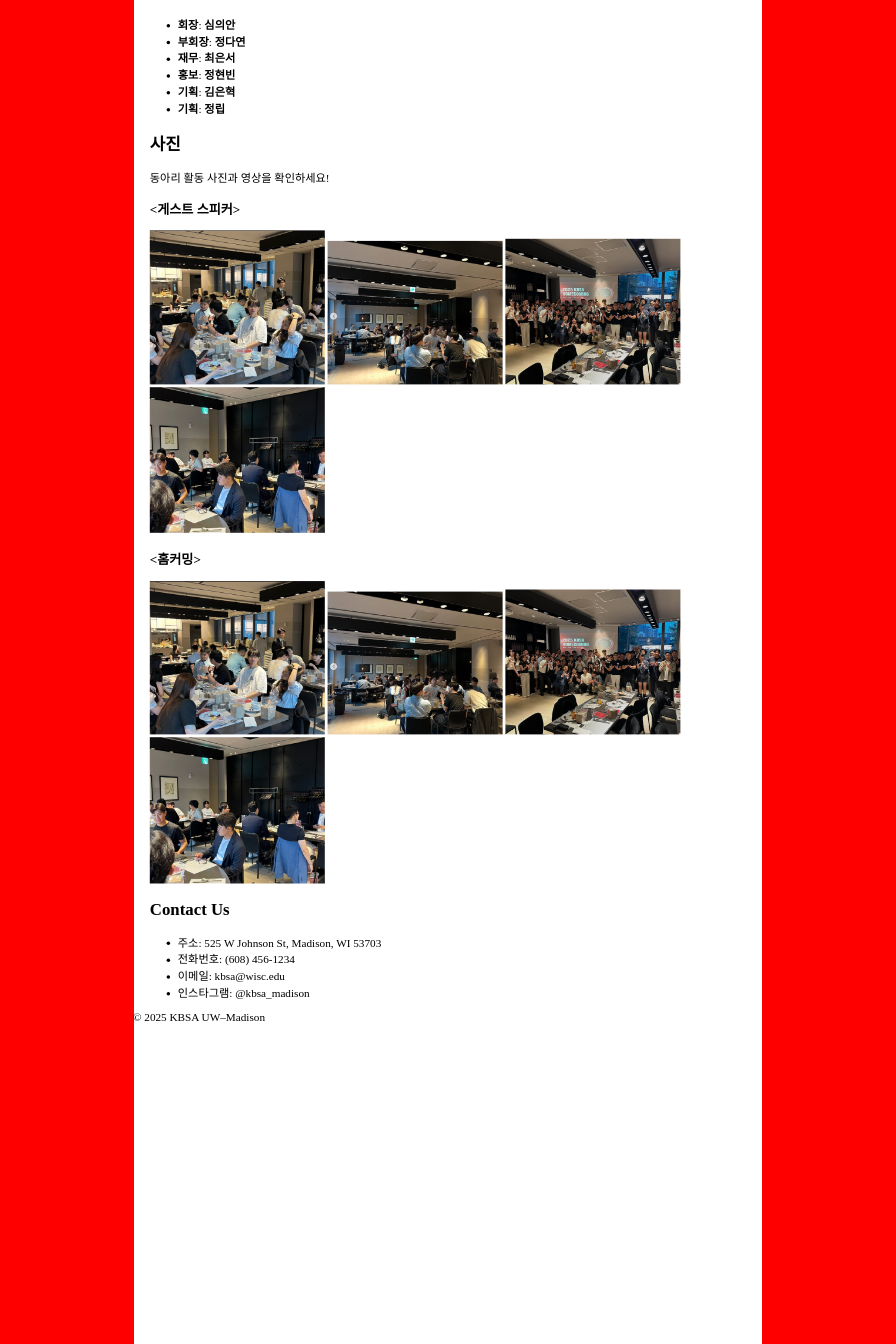
Repository: 23HarveyJi/25-Fall_chillguys
Page: website.html
An editor plug-in stored every save of this project. The page is shown before and after a run of saves, followed by the edit.
The browser window is 1280 px wide. The pictures show the part of the page from y = 613 to 2533 px (the page is 18019 px tall), at 70% of full size.

Above is the page before, as saved 2025-10-16 23:46:17.

### website.html
<!DOCTYPE html>
<html lang="ko">
<head>
  <meta charset="UTF-8" />
  <title>UW–Madison 한인 동아리</title>
  <link rel="stylesheet" href="website.css" />
</head>

<body>
  <!-- 1. 소개 섹션 -->
  <div class="container">
    <h1>Korean Business Student Association</h1>

   <p><b>지원 링크:</b></p>
<a href="https://linktr.ee/kbsamadison?fbclid=PAZXh0bgNhZW0CMTEAAaez0IGr_gX9bEeE5vzRfHqp_7vc0nbncP" target="_blank">
  KBSA 지원하러 가기
</a>

   <h2>동아리 소개</h2>
    <p><i>저희 동아리는 UW–Madison에서 활동하는 한인 학생들의 모임입니다. 경영동아리로서, 다양한 비즈니스 관련 활동과 네트워킹 기회를 제공합니다.
        매주 정기 모임을 통해 최신 비즈니스 트렌드와 사례를 공유하고, 워크숍과 세미나를 개최하여 회원들의 역량 강화를 도모합니다.
        저희 동아리는 모든 전공 학생들에게 열려 있으며, 함께 성장하고 발전할 수 있는 기회를 제공합니다.
        관심 있는 분들은 언제든지 연락 주시기 바랍니다.</i>
</p>

<div class="container">
  <div class="content">
    <div class="text">
      <h2>동아리 목표</h2>
      <ul>
        <li>비즈니스 지식과 실무 능력 향상</li>
        <li>게스트 스피커 및 네트워킹 기회 제공</li>
        <li>프로젝트 발표</li>
        <li>피크닉</li>
        <li>홈커밍 이벤트</li>
        <li>소셜 미팅</li>
      </ul>
    </div>

   <div class="image">
  <!-- 로고에만 링크 -->
  <a href="https://www.instagram.com/kbsa_madison/?hl=en" target="_blank">
    <img src="kbsa.jpg" width="300" alt="KBSA" title="kbsa_madison">
  </a>
</div>



</div>
  </div>

  <!-- 2. 임원진 섹션 (body 안에 또 body 넣지 않기!) -->
  <div class="container">
    <h2>임원진 소개</h2>
   <ul class="officers">
  <li><a href="심의안.jpg" target="_blank"><strong>회장</strong>: <strong>심의안</strong></a></li>
  <li><a href="정다연.jpg" target="_blank"><strong>부회장</strong>:<strong> 정다연</strong> </a></li>
  <li><a href="최은서.jpg" target="_blank"><strong>재무</strong>: <strong>최은서</strong></a></li>
  <li><a href="정현빈.jpg" target="_blank"><strong>홍보</strong>: <strong>정현빈</strong></a></li>
  <li><a href="김은혁.jpg" target="_blank"><strong>기획</strong>: <strong>김은혁</strong></a></li>
  <li><a href="정립.jpg" target="_blank"><strong>기획</strong>: <strong> 정립 </strong></a></li>
</ul>
  </div>
</body>
</html>


<section>
  <div class="container">
    <h2>사진</h2>
    <p>동아리 활동 사진과 영상을 확인하세요!</p>
    <h3><게스트 스피커></h3>
   <a href="guestspeaker1.jpg" target="_blank">
      <img src="homecoming1.jpg" width="250" alt="KBSA Photos" title="KBSA Photos">
    </a>
    <a href="homecoming2.jpg" target="_blank">
      <img src="homecoming2.jpg" width="250" alt="KBSA Photos" title="KBSA Photos">
    </a>
    <a href="homecoming3.jpg" target="_blank">
      <img src="homecoming3.jpg" width="250" alt="KBSA Photos" title="KBSA Photos">
    </a>
    <a href="homecoming4.jpg" target="_blank">
      <img src="homecoming4.jpg" width="250" alt="KBSA Photos" title="KBSA Photos">

    <h3><홈커밍></h3>
    <a href="homecoming1.jpg" target="_blank">
      <img src="homecoming1.jpg" width="250" alt="KBSA Photos" title="KBSA Photos">
    </a>
    <a href="homecoming2.jpg" target="_blank">
      <img src="homecoming2.jpg" width="250" alt="KBSA Photos" title="KBSA Photos">
    </a>
    <a href="homecoming3.jpg" target="_blank">
      <img src="homecoming3.jpg" width="250" alt="KBSA Photos" title="KBSA Photos">
    </a>
    <a href="homecoming4.jpg" target="_blank">
      <img src="homecoming4.jpg" width="250" alt="KBSA Photos" title="KBSA Photos">
    </a>
  </div>

</section>

<section>
  <div class="container">
    <h2>Contact Us</h2>
    <ul>
      <li>주소: 525 W Johnson St, Madison, WI 53703</li>
      <li>전화번호: (608) 456-1234</li>
      <li>이메일: kbsa@wisc.edu</li>
      <li>
        인스타그램:
        <a href="https://www.instagram.com/kbsa_madison/?hl=en" target="_blank">@kbsa_madison</a>
      </li>
    </ul>
  </div>
</section>

<footer>
  <p>© 2025 KBSA UW–Madison</p>
</footer>
</body>
</html>

### website.css
/* style.css — HTML 태그 금지! CSS만 */
/* style.css */

html, body {
    height: 500%;
    margin: 0;
}
body {
  background: linear-gradient(to right,
   red 15%,
   white 15% 85%,
   red 85%);
  background-repeat: no-repeat;
margin: 0;
}
.container {
  max-width: 800px;
  margin: 50px auto;
  padding: 0 20px;
}
h1 {
    font-size: 28px;
    font-weight: 700;
    margin-bottom: 15px;
    text-align: center;
}
/* 중앙 본문 폭 */
.container { max-width: 900px; margin: 0 auto; padding: 0 24px; }

/* ⬇️ 핵심 */
.content{
  display: flex;
  align-items: flex-start;
  justify-content: space-between;
  gap: 32px;
}

.text{ flex: 1 1 60%; }                    /* 텍스트 영역 */
.image{ flex: 0 0 260px; display:flex; justify-content:flex-end; }
.image img{ width: 240px; height:auto; display:block; }

/* 좁은 화면에서는 세로로 쌓이게 */
@media (max-width: 768px){
  .content{ flex-direction: column; }
  .image{ justify-content: flex-start; }
}

/* 로고 이미지만 링크 유지 + 클릭 시 효과 주기 (선택사항) */
.image a img {
  transition: transform 0.2s ease;
}

.image a img:hover {
  transform: scale(1.10);
}

a {
  text-decoration: none;
  color: black;
}

After the next 2 saves:
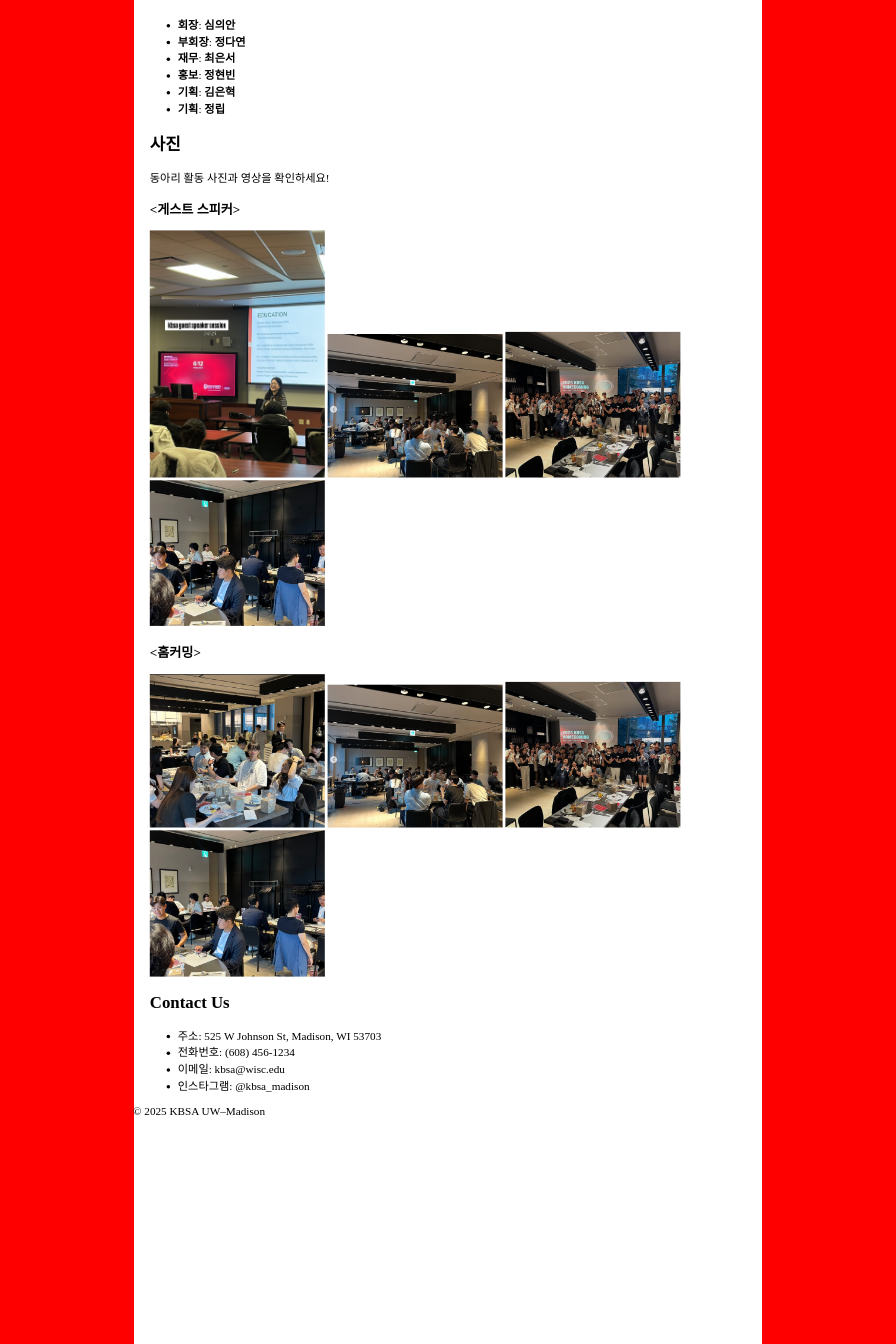
The 2 saves are shown as one change because they came seconds apart.
The last was saved 12 s later.
--- a/website.html
+++ b/website.html
@@ -71,7 +71,7 @@
     <p>동아리 활동 사진과 영상을 확인하세요!</p>
     <h3><게스트 스피커></h3>
    <a href="guestspeaker1.jpg" target="_blank">
-      <img src="homecoming1.jpg" width="250" alt="KBSA Photos" title="KBSA Photos">
+      <img src="guestspeaker1.jpg" width="250" alt="KBSA Photos" title="KBSA Photos">
     </a>
     <a href="homecoming2.jpg" target="_blank">
       <img src="homecoming2.jpg" width="250" alt="KBSA Photos" title="KBSA Photos">
